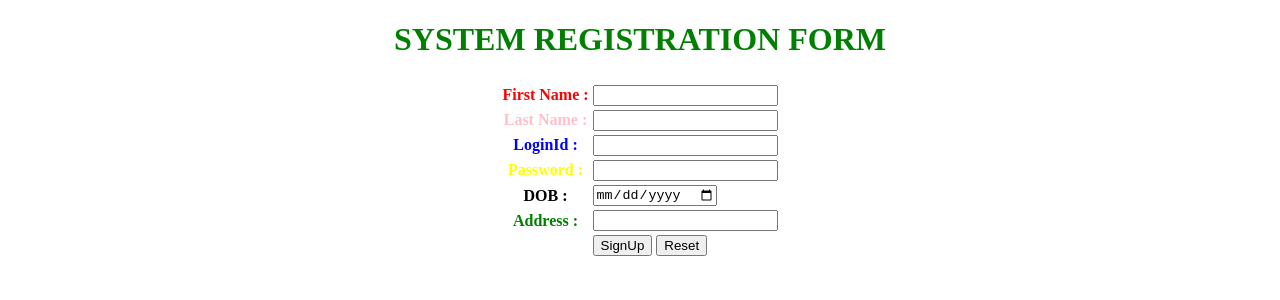
Repository: Jatdevta/AdvanceJava
Page: http://localhost/DynamicProject/UserRegistration.jsp
These files come from the project's save history. The page is drawn as it stood at one moment and after the next save; the edit follows.
The browser window is 1280 px wide. The pictures show the whole page.
The page is served by Tomcat 9.

Above is the page before, as saved 2023-08-18 07:14:30.

After the next save:
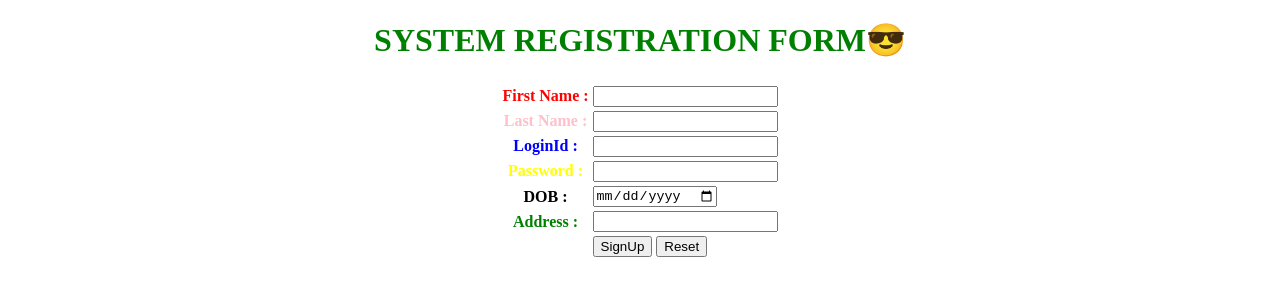
Saved 44 s later.
--- a/Advancejava/DynamicProject/WebContent/UserRegistration.jsp
+++ b/Advancejava/DynamicProject/WebContent/UserRegistration.jsp
@@ -26,7 +26,7 @@
 			</tr>
 			<tr>
 			<h1>
-			<font color="green">SYSTEM REGISTRATION FORM</font>
+			<font color="green">SYSTEM REGISTRATION FORM&#128526</font>
 			</h1>
 
 				<th style=color:red;> First Name :</th>

After the save that followed:
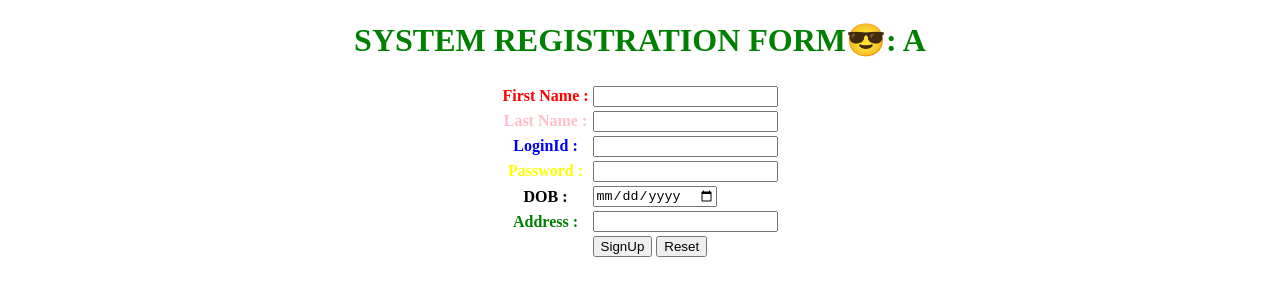
Saved 34 s later.
--- a/Advancejava/DynamicProject/WebContent/UserRegistration.jsp
+++ b/Advancejava/DynamicProject/WebContent/UserRegistration.jsp
@@ -26,7 +26,7 @@
 			</tr>
 			<tr>
 			<h1>
-			<font color="green">SYSTEM REGISTRATION FORM&#128526</font>
+			<font color="green">SYSTEM REGISTRATION FORM&#128526: &#65</font>
 			</h1>
 
 				<th style=color:red;> First Name :</th>
